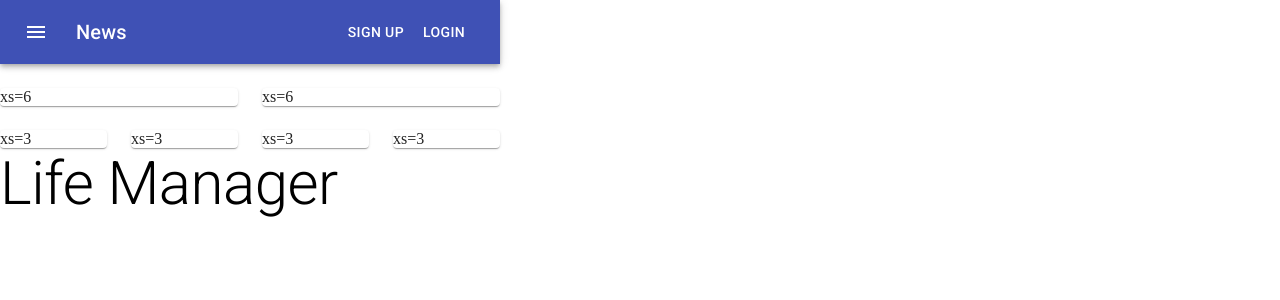
Repository: DaNiels89/lifemanagerreact
Page: /food
An editor plug-in stored every save of this project. The page is shown before and after the next save, followed by the edit.
The browser window is 1280 px wide. The pictures show the whole page.
The project was rebuilt for these pictures with package versions that can differ from the ones it lists, and the page was loaded fresh each time.

Above is the page before, as saved 2020-03-13 14:19:57.

### public/index.html
<!DOCTYPE html>
<html lang="en">
  <head>
    <meta charset="utf-8" />
    <link rel="icon" href="%PUBLIC_URL%/favicon.ico" />
    <meta name="viewport" content="width=device-width, initial-scale=1" />
    <meta name="theme-color" content="#000000" />
    <meta
      name="description"
      content="Web site created using create-react-app"
    />
    <link rel="apple-touch-icon" href="%PUBLIC_URL%/logo192.png" />
    <link rel="manifest" href="%PUBLIC_URL%/manifest.json" />
    <title>Life Manager</title>
  </head>
  <body>
    <noscript>You need to enable JavaScript to run this app.</noscript>
    <div id="root"></div>
  </body>
</html>

### src/App.js
import React from 'react';
import Header from './components/layout/Header';

import 'typeface-roboto';
import Grid from '@material-ui/core/Grid';
import Paper from '@material-ui/core/Paper';
import Typography from '@material-ui/core/Typography';
import { makeStyles } from '@material-ui/core/styles';
import './App.css';

const useStyles = makeStyles({
  main: {
    width: '100%',
    maxWidth: 500
  }
});

export default function App() {
  const classes = useStyles();

  return (
    <div className={classes.main}>
      <Grid container spacing={3}>
        <Grid item xs={12}>
          <Header />
        </Grid>
        <Grid item xs={6}>
          <Paper className={classes.paper}>xs=6</Paper>
        </Grid>
        <Grid item xs={6}>
          <Paper className={classes.paper}>xs=6</Paper>
        </Grid>
        <Grid item xs={3}>
          <Paper className={classes.paper}>xs=3</Paper>
        </Grid>
        <Grid item xs={3}>
          <Paper className={classes.paper}>xs=3</Paper>
        </Grid>
        <Grid item xs={3}>
          <Paper className={classes.paper}>xs=3</Paper>
        </Grid>
        <Grid item xs={3}>
          <Paper className={classes.paper}>xs=3</Paper>
        </Grid>
      </Grid>

      <Typography variant="h2" gutterBottom>
        Life Manager
      </Typography>
    </div>
  );
}

### src/components/layout/Header.js
import React from 'react';
import { makeStyles } from '@material-ui/core/styles';
import AppBar from '@material-ui/core/AppBar';
import Toolbar from '@material-ui/core/Toolbar';
import Typography from '@material-ui/core/Typography';
import Button from '@material-ui/core/Button';
import IconButton from '@material-ui/core/IconButton';
import MenuIcon from '@material-ui/icons/Menu';

const useStyles = makeStyles(theme => ({
  root: {
    flexGrow: 1
  },
  menuButton: {
    marginRight: theme.spacing(2)
  },
  title: {
    flexGrow: 1
  }
}));

export default function Header() {
  const classes = useStyles();

  return (
    <div className={classes.root}>
      <AppBar position="static">
        <Toolbar>
          <IconButton
            edge="start"
            className={classes.menuButton}
            color="inherit"
            aria-label="menu"
          >
            <MenuIcon />
          </IconButton>
          <Typography variant="h6" className={classes.title}>
            News
          </Typography>
          <Button color="inherit">Sign up</Button>
          <Button color="inherit">Login</Button>
        </Toolbar>
      </AppBar>
    </div>
  );
}

Loaded but not shown: src/index.js (common file); src/App.css (common file)

After the next save:
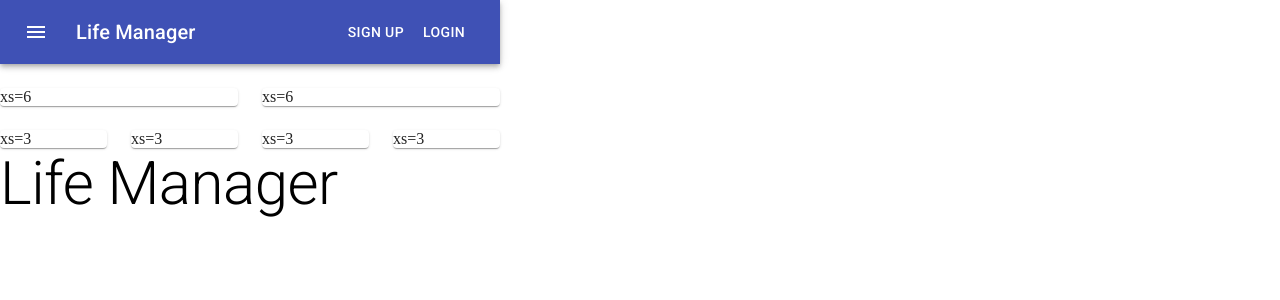
Saved 11 s later.
--- a/src/components/layout/Header.js
+++ b/src/components/layout/Header.js
@@ -35,7 +35,7 @@ export default function Header() {
             <MenuIcon />
           </IconButton>
           <Typography variant="h6" className={classes.title}>
-            News
+            Life Manager
           </Typography>
           <Button color="inherit">Sign up</Button>
           <Button color="inherit">Login</Button>
